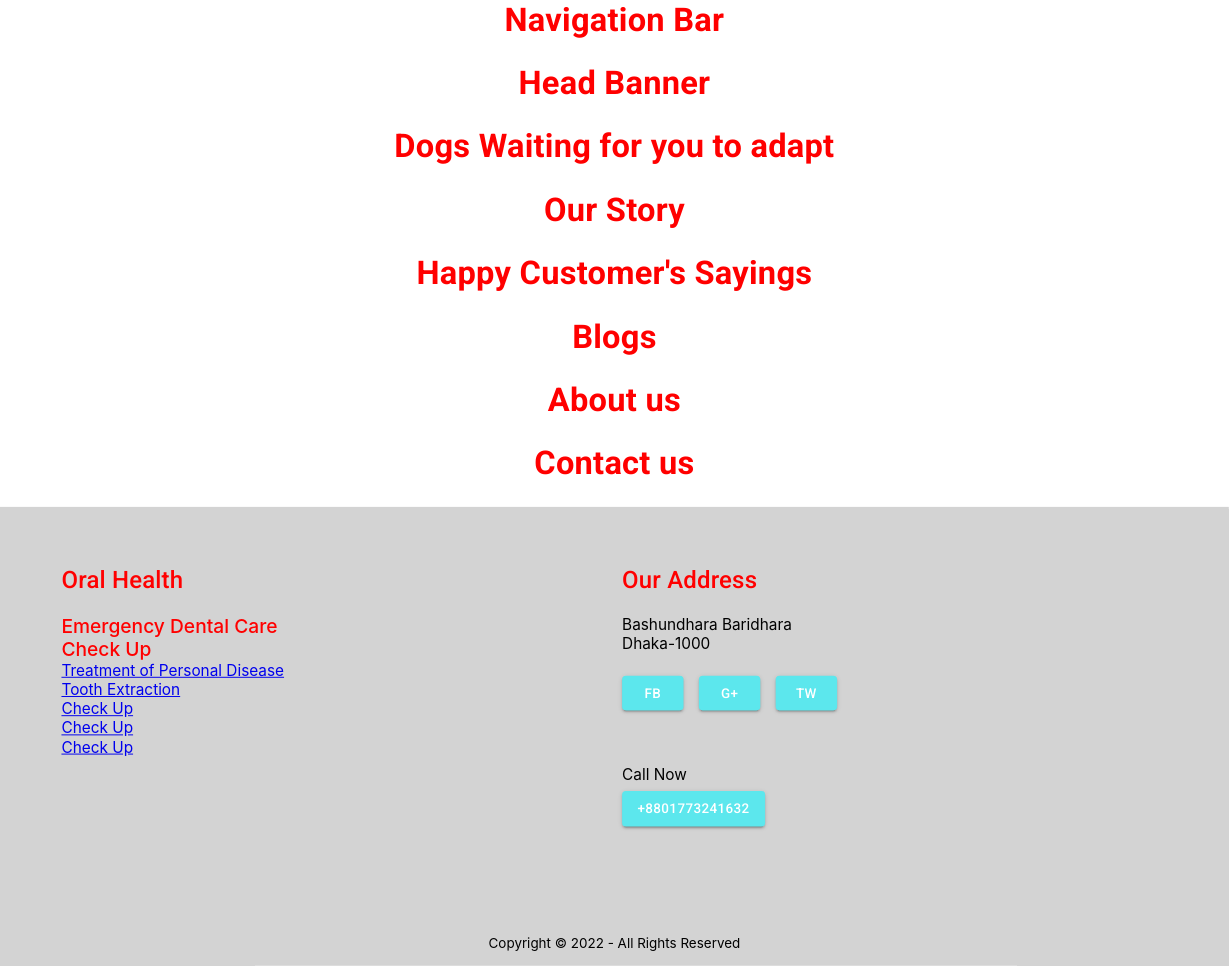
Repository: Sharif-00112/dogos-paradise-client
Page: /home
An editor plug-in stored every save of this project. The page is shown before and after the next save, followed by the edit.
The browser window is 1280 px wide. The pictures show the whole page, at 96% of full size.
The project was rebuilt for these pictures with package versions that can differ from the ones it lists, and the page was loaded fresh each time. Also part of the build but not shown: src/Pages/Login/Login/Login.js, src/Pages/Login/Register/Register.js, src/Pages/NotFound/NotFound.js.

Above is the page before, as saved 2022-11-30 22:40:28.

After the next save:
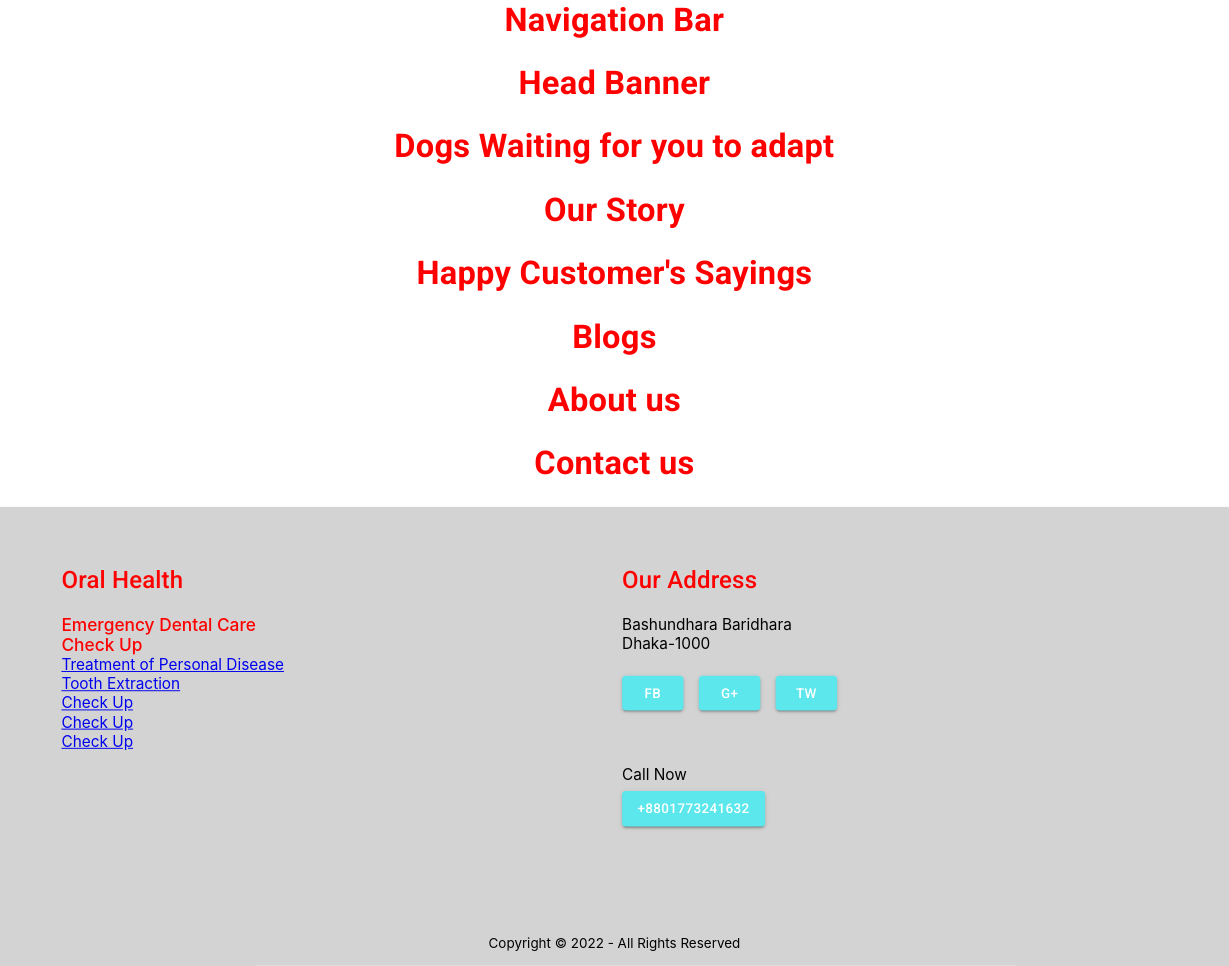
Saved 43 s later.
--- a/src/Pages/Shared/Footer/Footer.js
+++ b/src/Pages/Shared/Footer/Footer.js
@@ -17,11 +17,11 @@ const Footer = () => {
                         <Typography sx={{ my:2, fontSize: 18, fontWeight: 600 }} style={{color: 'red', fontWeight: 500, fontSize: 25 }} variant="h6" component="div">
                             Oral Health
                         </Typography>
-                        <Link style={{ textDecoration:'none', color: 'red', fontWeight: 500, fontSize: 20 }} to = '/emergencyDentalCare'>
+                        <Link style={{ textDecoration:'none', color: 'red', fontWeight: 500, fontSize: 18 }} to = '/emergencyDentalCare'>
                             Emergency Dental Care
                         </Link>
                         <br />
-                        <Link style={{ textDecoration:'none', color: 'red', fontWeight: 500, fontSize: 20 }} to = '/checkUp'>
+                        <Link style={{ textDecoration:'none', color: 'red', fontWeight: 500, fontSize: 18 }} to = '/checkUp'>
                             Check Up
                         </Link>
                         <br />
